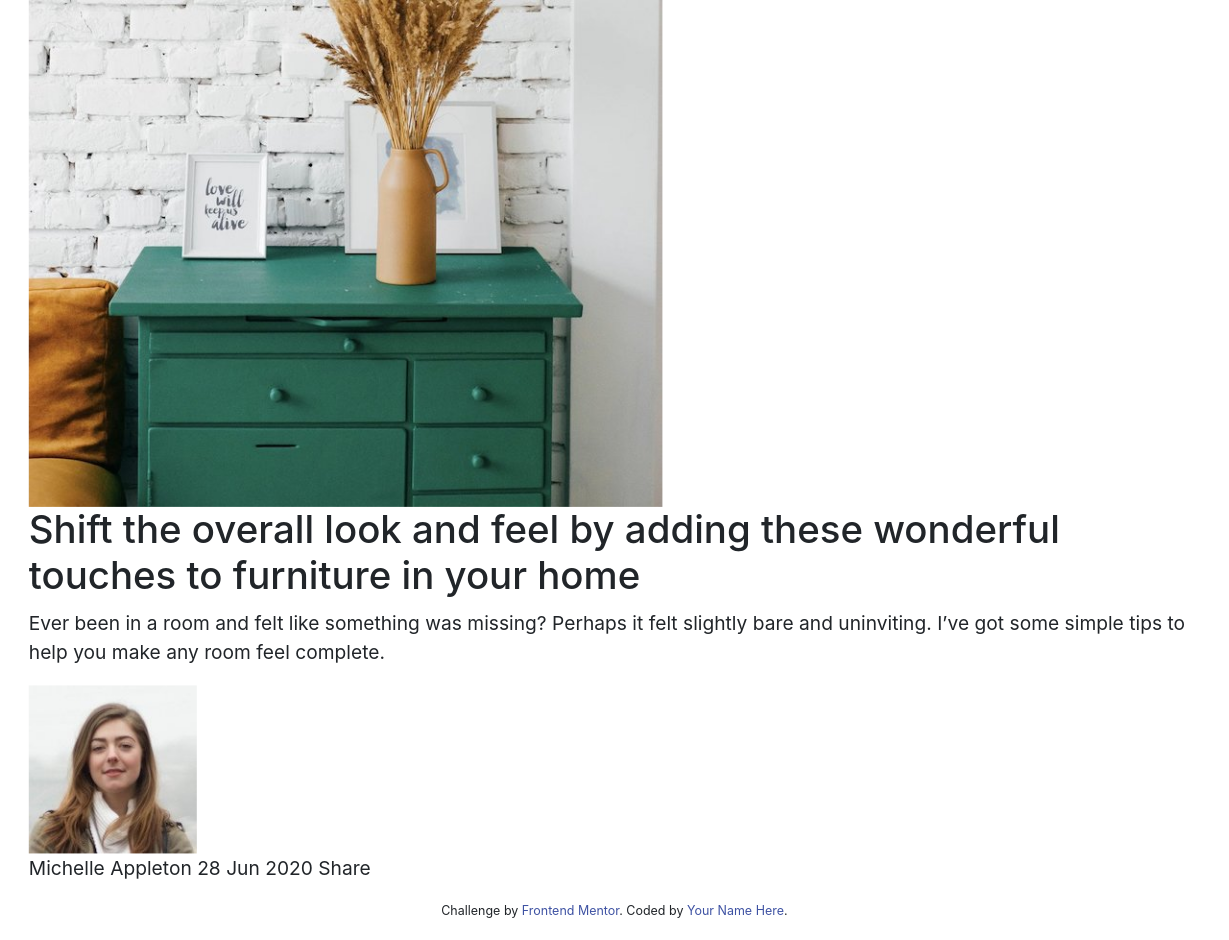
Repository: timiodulate/Article-Preview-Component
Page: index.html
The author's editor kept a copy of each file at every save. The page is drawn from the files as they stood at one save, then again after a run of saves.
The browser window is 1280 px wide. The pictures show the whole page, at 96% of full size.

Above is the page before, as saved 2020-07-11 11:12:56.

### index.html
<!DOCTYPE html>
<html lang="en">
<head>
  <meta charset="UTF-8">
  <meta name="viewport" content="width=device-width, initial-scale=1.0"> <!-- displays site properly based on user's device -->

  <link rel="icon" type="image/png" sizes="32x32" href="./images/favicon-32x32.png">

  <!-- Bootstrap -->
  <link rel="stylesheet" href="./css/bootstrap.min.css">

  <!-- Custom Style -->
  <link rel="stylesheet" href="./css/style.css">

  <title>Frontend Mentor | Article preview component</title>
</head>
<body>
  <div class="container col d-flex flex-column justify-content-between">
    <div class="cardContainer col d-flex-column">

      <img src="./images/drawers.jpg" alt="">

      <div class="textContainer">
        <h2>
          Shift the overall look and feel by adding these wonderful
          touches to furniture in your home
        </h2>
        <p>
          Ever been in a room and felt like something was missing? Perhaps
          it felt slightly bare and uninviting. I’ve got some simple tips
          to help you make any room feel complete.
        </p>
        <div class="userDetails">
          <img src="./images/avatar-michelle.jpg" alt="">
          <div class="nameDate">

          </div>
        </div>
      </div>


      Michelle Appleton
      28 Jun 2020

      Share
    </div>
    <div class="attribution">
      Challenge by <a href="https://www.frontendmentor.io?ref=challenge" target="_blank">Frontend Mentor</a>.
      Coded by <a href="#">Your Name Here</a>.
    </div>
  </>

  <script src="https://code.jquery.com/jquery-3.5.1.slim.min.js" integrity="sha384-DfXdz2htPH0lsSSs5nCTpuj/zy4C+OGpamoFVy38MVBnE+IbbVYUew+OrCXaRkfj" crossorigin="anonymous"></script>
  <script src="./js/bootstrap.min.js"></script>
</body>
</html>

### css/style.css
@import url('http://fonts.googleapis.com/css?family=Raleway:400|Open+Sans:500');

/* Global Resets */
* {
    padding: 0;
    margin: 0;
    box-sizing: border-box;
}

html {
    font-size: 20px;

    /* font-family */
    --header: Raleway;
    --body: Open Sans;

    /* font-weight */
    --normal: 400;
    --bold: 700;

    /* color */
    --footer: hsl(243, 87%, 12%);
    --last-section: hsl(238, 22%, 44%);
    --button: hsl(224, 93%, 58%);
    --anchor: hsl(170, 45%, 43%);
    --card-bg: hsl(240, 75%, 98%);
    --placeholder: hsl(0, 0%, 75%);
    --text: white;
}

/* Dark mode */
/* html[data-theme = 'dark'] {

} */

body {
    height: 100vh;
    width: 100vw;
    /* background-image: url(../images/bg-intro-desktop.png); */
    /* background-color: var(--red); */
    /* background-blend-mode: screen; */
}

button {
    cursor: pointer;
    padding: 12px 50px;
    border: none;
    border-radius: .3rem;
    font-size: .7rem;
    font-family: var(--header), sans-serif;

    background-color: var(--button);
    color: white;
}

ul {
    list-style: none;
}

li {
    text-decoration: none;
}

a  {
    text-decoration: none;
}



/* header */
.container {
    width: 100%;
    height: 100%;
}

/* nav */



/* main */


/* section */



/* footer */
footer .footer-container {
    display: grid;
    grid-template-columns: repeat(4, 1fr);
    margin-bottom: 30px;
}
.attribution {
    font-size: 13px;
    text-align: center;
    /* color: var(--text); */
    padding: 20px;
}
.attribution a {
    color: hsl(228, 45%, 44%);
    text-decoration: none;
}



/* Media Queries - Responsiveness */
/* LG - Large Screen */
/* @media only screen and (max-width: 992px) {

} */

/* MD - Medium Screen */
/* @media only screen and (max-width: 765px) {
    body {
        justify-content: initial;
	height: fit-content;
    }

    footer .footer-container {
        grid-template-columns: 1fr;
        margin-bottom: 20px;
        row-gap: 15px;
    }

    .attribution {
        font-size: .6rem;
        padding: 20px 10px;
        color: white;
    }
} */

/* SM - Small Screen */
/* @media only screen and (max-width: 576px){

} */


/* @timiodulate css template */

Loaded but not shown: css/bootstrap.min.css (library); js/bootstrap.min.js (library)

After the next 5 saves:
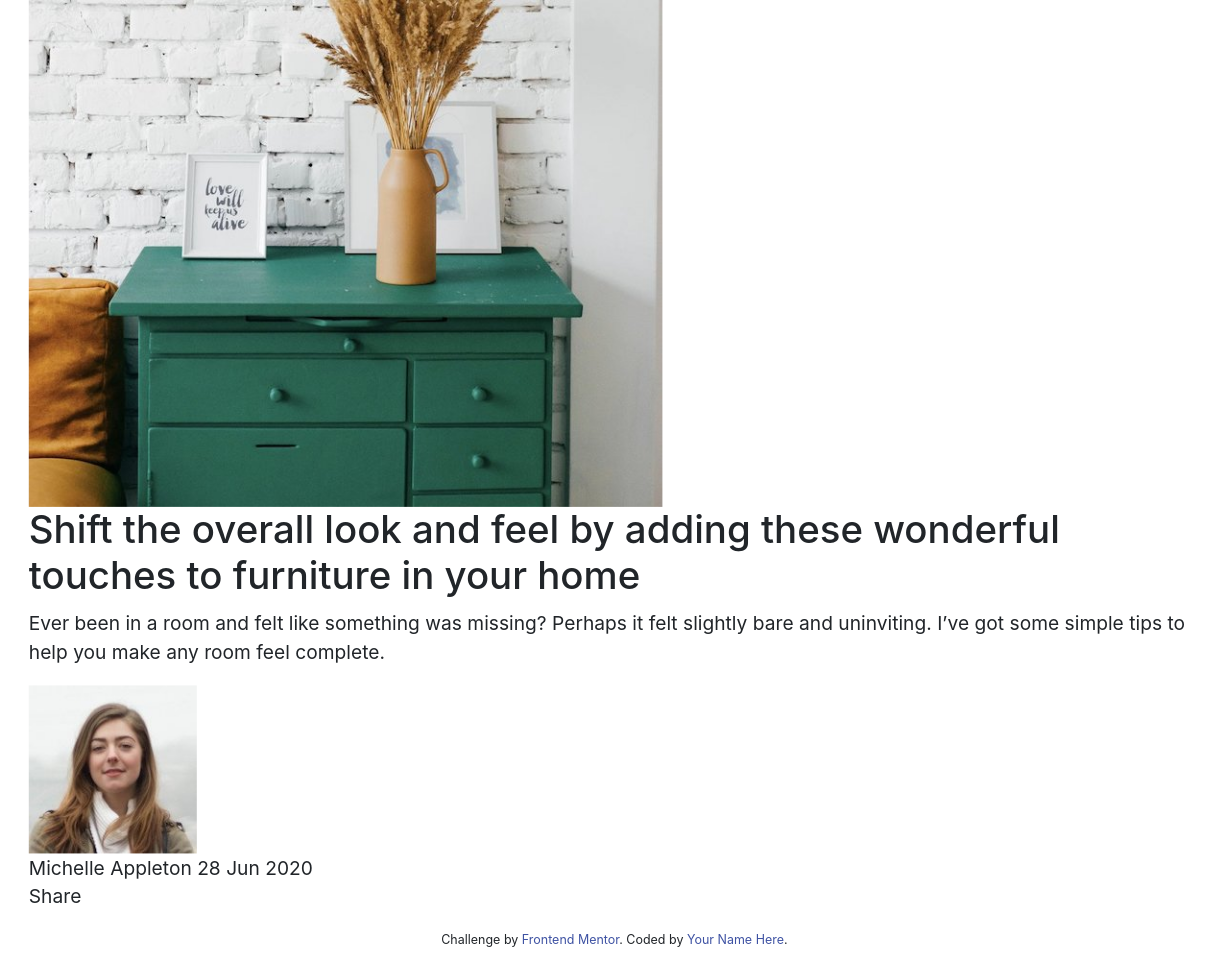
The 5 saves are shown as one change because they came seconds apart.
The last was saved 18 s later.
--- a/index.html
+++ b/index.html
@@ -33,14 +33,14 @@
         <div class="userDetails">
           <img src="./images/avatar-michelle.jpg" alt="">
           <div class="nameDate">
+            Michelle Appleton
+            28 Jun 2020
+          </div>
 
-          </div>
         </div>
       </div>
 
 
-      Michelle Appleton
-      28 Jun 2020
 
       Share
     </div>
